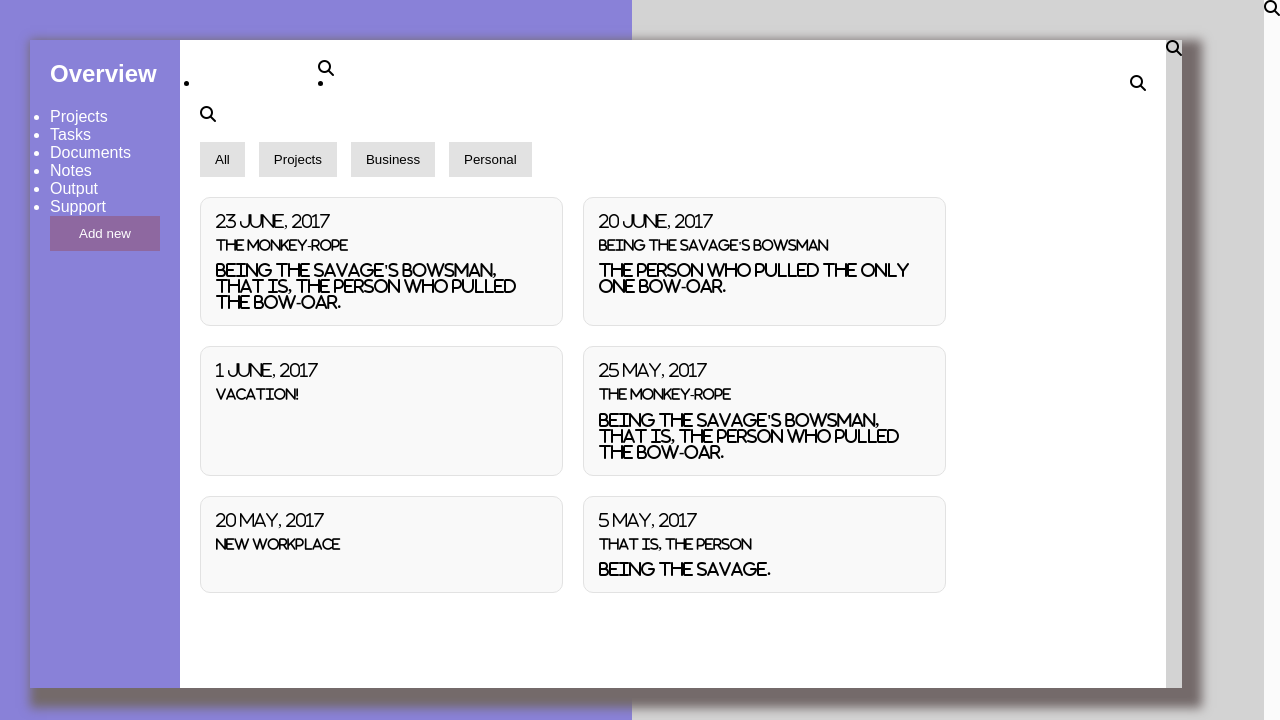
Repository: SatenikGabrielyan/HTML_CSS-_Assignment
Page: index.html
An editor plug-in stored every save of this project. The page is shown before and after the next save, followed by the edit.
The browser window is 1280 px wide. The pictures show the whole page.
Some web libraries are served in a nearby version.

Above is the page before, as saved 2025-03-17 20:36:08.

### index.html
<!DOCTYPE html>
<html lang="en">
  <head>
    <meta charset="UTF-8" />
    <meta name="viewport" content="width=device-width, initial-scale=1.0" />
    <title>Notes App</title>
    <link rel="stylesheet" href="./style.css" />
    <!-- Include Font Awesome for icons -->
    <!-- <link href="https://cdnjs.cloudflare.com/ajax/libs/font-awesome/6.0.0-beta3/css/all.min.css" rel="stylesheet"/> -->
    <script src="https://kit.fontawesome.com/858d305f19.js" crossorigin="anonymous"></script>
</head>
  <body>

      <div class="cont">
          <div class="purp"></div>
          <div class="whit"></div>
      </div>
    <div class="container">
<!--
      <nav class="sidebar">
        <div class="sidebar-header">
          <h2>Notes</h2>
        </div>
        <ul class="sidebar-list">
          <li><i class="fas fa-home"></i> Home</li>
          <li><i class="fas fa-search"></i> Search</li>
          <li><i class="fas fa-bell"></i> Notifications</li>
        </ul>
      </nav>

      <main class="main-content">
        <header>
          <div class="header-left">
            <p>Hello, Peter!</p>
          </div>
          <div class="header-right">
            <i class="fas fa-bell"></i>
            <button class="add-note-btn">
              <i class="fas fa-plus"></i> Add New Note
            </button>
          </div>
        </header>
        <section class="notes-grid">

          <div class="note-item image-note">
            <img src="https://via.placeholder.com/150" alt="Note Image" />
          </div>

          <div class="note-item text-note">
            <p>Sample text note content...</p>
          </div>

          <div class="note-item mixed-note">
            <img src="https://via.placeholder.com/150" alt="Note Image" />
            <p>Sample mixed note content...</p>
          </div>
        </section>
      </main> -->
      <aside class="sidebar">
        <header>
            <h2>Overview</h2>
        </header>
        <nav>
            <ul>
                <li>Projects</li>
                <li>Tasks</li>
                <li>Documents</li>
                <li>Notes</li>
                <li>Output</li>
                <li>Support</li>
            </ul>
        </nav>
        <button class="add-new">Add new</button>
    </aside>

    <main class="main-content">
       <div class="header">
        <ul >
            <li class="about"><a href="#search"><i class="fas fa-search"> Search</a></li>
            <li class="about" style="float:right"><a class="active" href="#about">Hello, Peter!</a></li>
            </ul>
            <!-- <input type="text" placeholder="Search"><i class="fas fa-search"></i>
            <h3>Hello, Peter!</h3> -->
    </div>
         <!-- <nav class="sidebar">
             <div class="sidebar-header">
              <h2>Notes</h2>
            </div>
            <ul class="sidebar-list">
            <li class="about"><a href="#search"><i class="fas fa-search"> Search</a></li>
            <li class="about" style="float:right"><a class="active" href="#about">Hello, Peter!</a></li>
            </ul>
          </nav>  -->

        <div class="tabs">
            <button>All</button>
            <button>Projects</button>
            <button>Business</button>
            <button>Personal</button>
        </div>
        <div class="notes-grid">
            <div class="note-card">
                <h4>23 June, 2017</h4>
                <h5>The monkey-rope</h5>
                <p>Being the savage's bowsman, that is, the person who pulled the bow-oar.</p>
            </div>
            <div class="note-card">
                <h4>20 June, 2017</h4>
                <h5>Being the savage's bowsman</h5>
                <p>The person who pulled the only one bow-oar.</p>
            </div>
            <div class="note-card">
                <h4>1 June, 2017</h4>
                <h5>Vacation!</h5>
            </div>
            <div class="note-card">
                <h4>25 May, 2017</h4>
                <h5>The monkey-rope</h5>
                <p>Being the savage's bowsman, that is, the person who pulled the bow-oar.</p>
            </div>
            <div class="note-card">
                <h4>20 May, 2017</h4>
                <h5>New workplace</h5>
            </div>
            <div class="note-card">
                <h4>5 May, 2017</h4>
                <h5>That is, the person</h5>
                <p>Being the savage.</p>
            </div>
        </div>
    </main>
    </div>

  </body>
</html>

### style.css
/* CSS Variables for Colors */
:root {
    --bg-color: #fbfbfb;
    --primary-color: #8981d8;
    --secondary-color: #d0d0d0;
    --text-color: #858499;
    --highlight-color: #7f77cc;
    --hover-color: rgba(137, 129, 216, 0.5);
  }


  * {
    margin: 0;
    padding: 0;
    box-sizing: border-box;
  }

  body {
    font-family: Arial, sans-serif;
    background-color: var(--bg-color);
    display: flex;
    height: 100vh;
  }
  .wrapper{
    position: relative;
  }
  .cont{
      display: flex;
      width: 100%;
      position: relative;
      z-index: -1;
      border-radius: 10px;
  }
.purp {
    width: 50%;
    background-color: var(--primary-color);
    flex-direction: row;
}
.whit {
    width: 50%;
    background-color: lightgray;
    flex-direction: row;
}
  .container {
    display: flex;
    width: 90%;
    height: 90%;

    box-shadow: 10px 10px 10px 10px rgb(116, 106, 106);
    margin-left: 30px;
    margin-right: 30px;
    margin-top: 40px;
    margin-bottom: 80px;
    background: center;
    position: absolute;
    z-index: 2;
  }

   .sidebar {
    width: 150px;
    background-color: var(--primary-color);
    color: #fff;
    display: flex;
    flex-direction: column;
    padding: 20px;
  }

  .main-content li {
    float: left;
  }

  .main-content li a {
    display: block;
    color: white;
    text-align: center;
    padding: 14px 16px;
    text-decoration: none;
  }

  .main-content li a:hover:not(.active) {
    background-color: #111;
  }

  .sidebar-header h2 {
    margin-bottom: 20px;
  }

  .sidebar-list {
    list-style: none;
  }

  .sidebar-list li {
    margin: 15px 0;
    display: flex;
    align-items: center;
    cursor: pointer;
  }

  .sidebar-list li i {
    margin-right: 10px;
  }

  .main-content {
    background-color: white;
    width: 200px;
    flex-grow: 1;
    padding: 20px;
    overflow-y: auto;
  }

   header {
    display: flex;
    justify-content: space-between;
    align-items: center;
    margin-bottom: 20px;
  }
  /*
  .header-left p {
    font-size: 1.2em;
    color: var(--text-color);
  }

  .header-right {
    display: flex;
    align-items: center;
  }

  .header-right i {
    margin-right: 20px;
    cursor: pointer;
  }

  .add-note-btn {
    background-color: var(--primary-color);
    color: #fff;
    border: none;
    padding: 10px 20px;
    cursor: pointer;
    display: flex;
    align-items: center;
  }

  .add-note-btn i {
    margin-right: 10px;
  }


  .notes-grid {
    display: grid;
    grid-template-columns: repeat(auto-fill, minmax(300px, 1fr));
    gap: 20px;
  }

  .note-item {
    background-color: #fff;
    border-radius: 8px;
    box-shadow: 0 2px 4px rgba(0, 0, 0, 0.1);
    overflow: hidden;
    display: flex;
    flex-direction: column;
    padding: 20px;
  }

  .note-item img {
    width: 100%;
    height: auto;
    border-radius: 8px;
    margin-bottom: 15px;
  }

  .note-item p {
    color: var(--text-color);
    font-size: 1em;
    line-height: 1.5;
  }


  .sidebar-list li:hover {
    background-color: var(--highlight-color);
    transition: background-color 0.3s ease;
  }


  @media (max-width: 768px) {
    .container {
      flex-direction: column;
    }

    .sidebar {
      width: 100%;
      flex-direction: row;
      justify-content: space-around;
      padding: 10px;
    }

    .sidebar-list {
      display: flex;
      flex-direction: row;
      gap: 15px;
    }

    .sidebar-list li {
      margin: 0;
    }

    .main-content {
      padding: 10px;
    }

    header {
      flex-direction: column;
      align-items: flex-start;
    }

    .header-right {
      margin-top: 10px;
    }

    .notes-grid {
      grid-template-columns: 1fr;
    }

    .note-item {
      padding: 10px;
    }

    .note-item img {
      margin-bottom: 10px;
    }
  } */
  /* .sidebar {
    background-color: #5e4b9a;
    color: white;
    width: 300px;
    padding: 20px;
} */

/* .sidebar header {
    font-size: 24px;
}

.sidebar nav ul {
    list-style: none;
    padding: 0;
}

.sidebar nav ul li {
    margin: 15px 0;
} */

.add-new {
    background-color: #8e68a0;
    color: white;
    border: none;
    padding: 10px;
    cursor: pointer;
}

.main-content {
    flex: 1;
    padding: 20px;
    background-color: white;
}

.header {
    display: flex;
    justify-content: space-between;
    align-items: center;
}

.header input {
    padding: 10px;
    width: 70%;
}

.header h3 {
    margin: 0;
}

.tabs {
    margin: 20px 0;
}

.tabs button {
    margin-right: 10px;
    padding: 10px 15px;
    border: none;
    background-color: #e2e2e2;
    cursor: pointer;
}

.notes-grid {
    display: grid;
    grid-template-columns: repeat(auto-fill, minmax(240px, 1fr));
    gap: 20px;
}

.note-card {
    border: 1px solid #e2e2e2;
    border-radius: 10px;
    padding: 15px;
    background-color: #f9f9f9;
}

.note-card h4 {
    margin: 0;
    font-weight: normal;
}

.note-card h5 {
    margin: 10px 0;
}

After the next save:
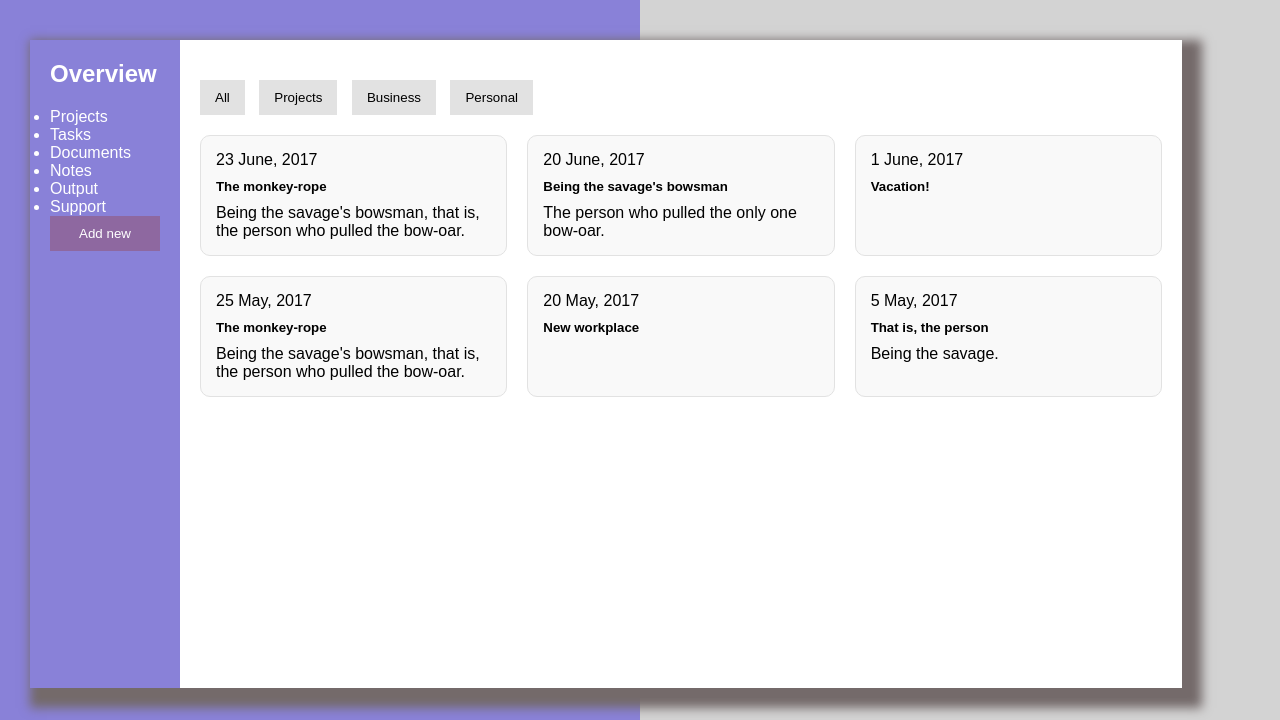
Saved 8 s later.
--- a/index.html
+++ b/index.html
@@ -75,10 +75,10 @@
 
     <main class="main-content">
        <div class="header">
-        <ul >
+        <!-- <ul >
             <li class="about"><a href="#search"><i class="fas fa-search"> Search</a></li>
             <li class="about" style="float:right"><a class="active" href="#about">Hello, Peter!</a></li>
-            </ul>
+            </ul>  -->
             <!-- <input type="text" placeholder="Search"><i class="fas fa-search"></i>
             <h3>Hello, Peter!</h3> -->
     </div>
